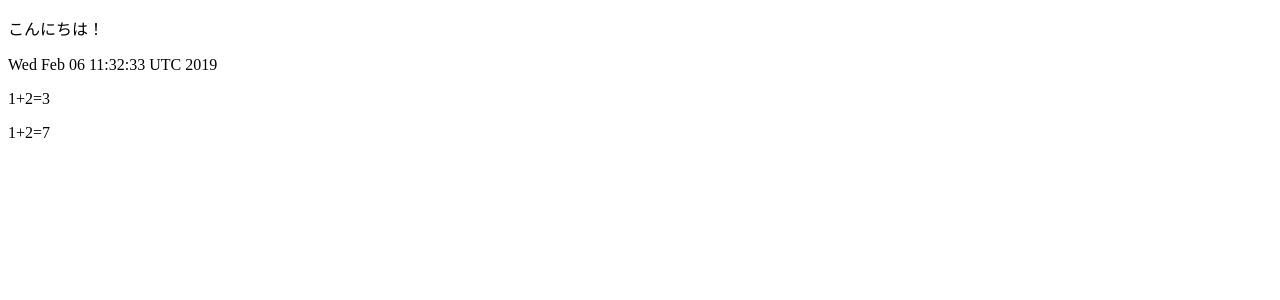
Repository: mai-kobayashi/test
Page: http://localhost/HelloJSP/
These files come from the project's save history. The page is drawn as it stood at one moment and after the next save; the edit follows.
The browser window is 1280 px wide. The pictures show the whole page.
The page is served by Tomcat 9.

Above is the page before, as saved 2019-02-06 11:45:01.

### HelloJSP/WebContent/index.jsp
<%@ page language="java" contentType="text/html; charset=UTF-8"
    pageEncoding="UTF-8"%>
<!DOCTYPE html>
<html>
	<head>
	<meta charset = "utf-8">
	<title>TEST</title>
</head>
<body>
	<p>こんにちは！</p>
	<% out.println(new java.util.Date()); %>

	<%!
	static int add(int a, int b){
	return a+b;
	}
	%>

	<p>1+2=<%=add(1,2) %></p>
	<p>1+2=<%=add(3,4) %></p>
</body>
</html>

After the next save:
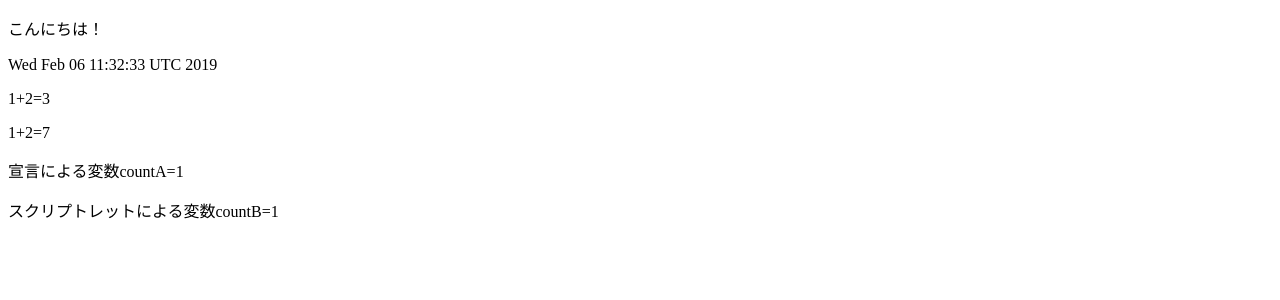
Saved 3 min 11 s later.
--- a/HelloJSP/WebContent/index.jsp
+++ b/HelloJSP/WebContent/index.jsp
@@ -18,5 +18,15 @@
 
 	<p>1+2=<%=add(1,2) %></p>
 	<p>1+2=<%=add(3,4) %></p>
+
+	<%!static int countA = 0;%>
+	<%
+	int countB = 0;
+	countA++;
+	countB++;
+	%>
+
+	<p>宣言による変数countA=<%=countA %></p>
+	<p>スクリプトレットによる変数countB=<%=countB %></p>
 </body>
 </html>
